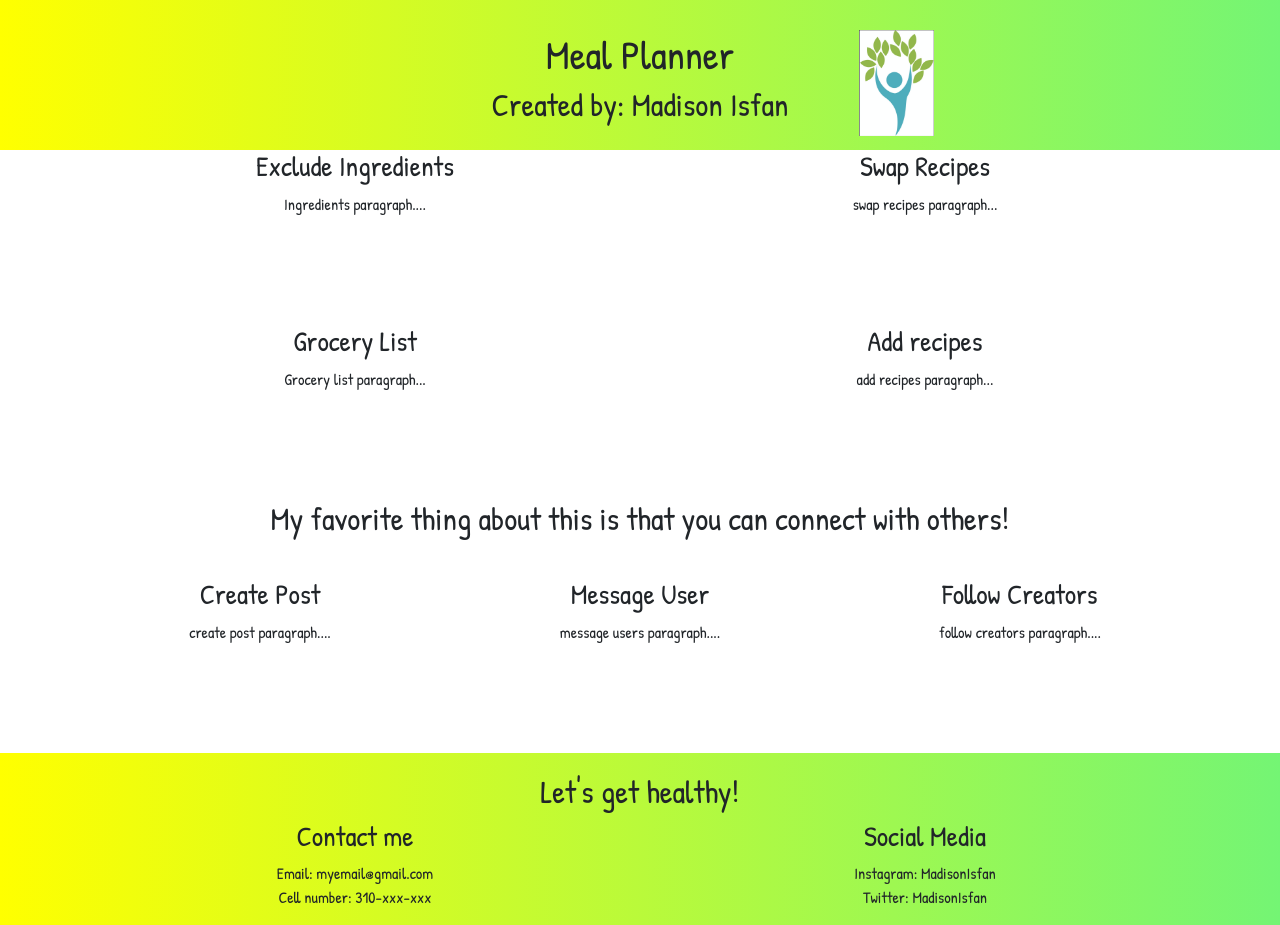
Repository: madisonisfan/Meal-Planner
Page: index.html
The author's editor kept a copy of each file at every save. The page is drawn from the files as they stood at one save, then again after the next save.
The browser window is 1280 px wide. The pictures show the whole page.
Some web libraries are served in a nearby version.

Above is the page before, as saved 2021-02-19 11:08:40.

After the next save:
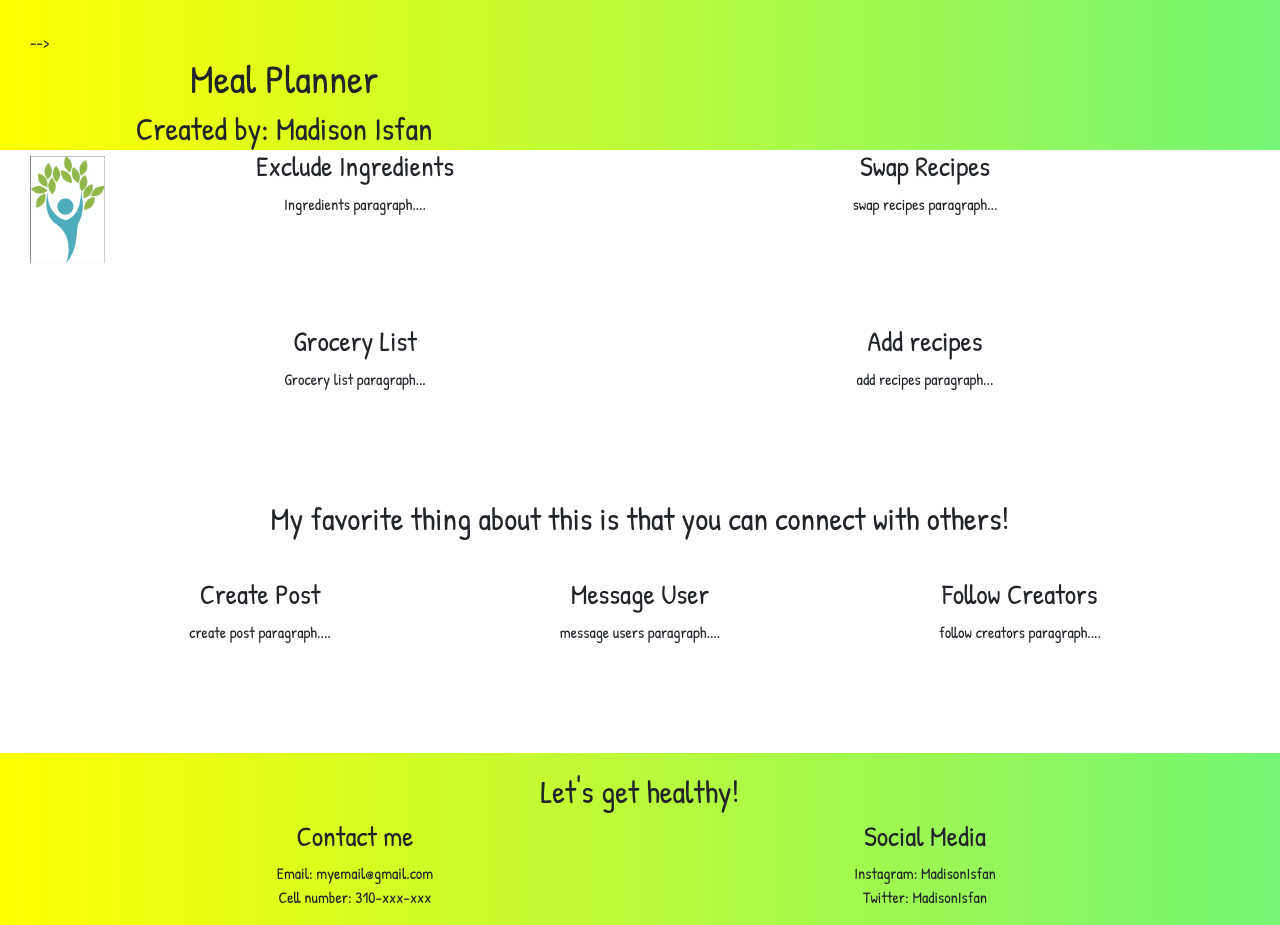
Saved 10 s later.
--- a/index.html
+++ b/index.html
@@ -16,9 +16,9 @@
     <header class="jumbotron">
 
             <div class="row align-self-center justify-content-start justify-content-lg-between"  > <!--"row align-self-center justify-content-start justify-content-lg-between"-->
-                <div class="col text-left ">
+                <!--<div class="col text-left ">
                     <!--<img src="healthySymbolSc.jpg">-->
-                </div>
+                </div> -->
                 <div class="col-5 col-md text-left text-md-center ">
                     <h1>Meal Planner</h1>
                     <h2>Created by: Madison Isfan</h2>
